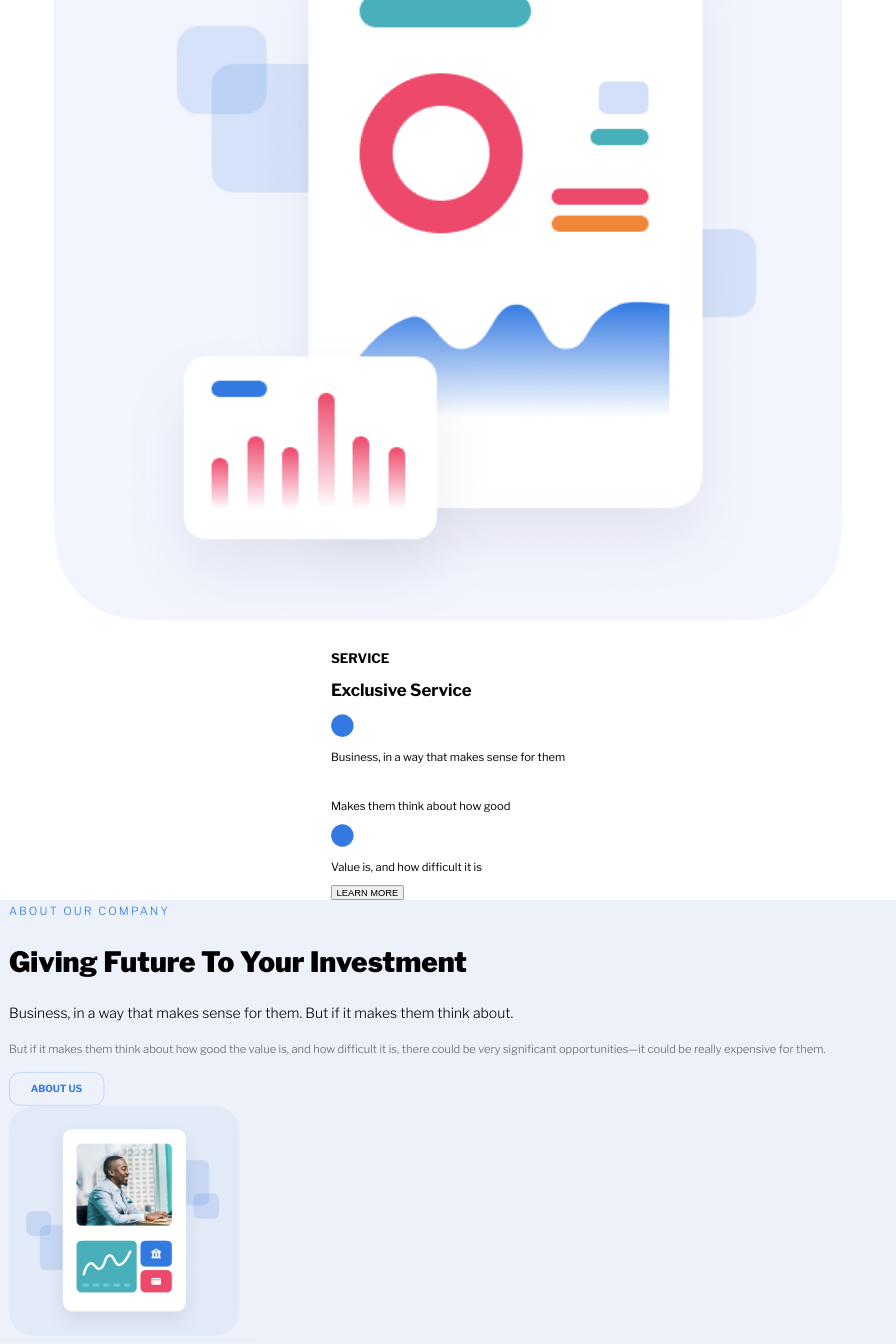
Repository: adryelfelipe/frontend-prova
Page: prova-figma/Prova/index.html
These files come from the project's save history. The page is drawn as it stood at one moment and after a run of saves; the edit follows.
The browser window is 1280 px wide. The pictures show the part of the page from y = 1901 to 3821 px (the page is 3821 px tall before and 3787 px after), at 70% of full size.

Above is the page before, as saved 2026-06-22 19:05:19.

### prova-figma/Prova/index.html
<!DOCTYPE html>
<html lang="en">
<head>
    <meta charset="UTF-8">
    <meta name="viewport" content="width=device-width, initial-scale=1.0">
    <link rel="stylesheet" href="style/variaveis.css">
    <link rel="stylesheet" href="./style/style.css">
    <title>Document</title>
</head>
<body>
    <header>
        <h2>MNY</h2>

        <nav>
            <p>About</p>
            <p>Features</p>
            <p>Services</p>
            <p>Pricing</p>
            <p>Blog</p>
        </nav>

        <button>CONTACT</button>

        <img src="./assets/icon/hamburguer.svg" alt="">
    </header>
    <main>
        <section class="hero">
            <article class="hero-first-article">
                <h3 class="subtitle-base hero-subtitle">MAKE MONEY</h3>
                <h1 class="title-base hero-title">Grow Your Money Like Never Before</h1>
                <p class="paragraph hero-paragraph">Business, in a way that makes sense for them. But if it makes them think about how good the value.</p>
                <button class="hero-button">GET STARTED</button>
            </article>
            <article class="hero-second-article">
                <!-- <img class src="assets/img/homem-terno.png" alt=""> -->
            </article>
        </section>

        <section class="service">
            <div class="service-container">
                <article class="service-card">
                    <div class="bg-icon-fly">
                        <img src="./assets/icon/icon1-fly-section2.svg" class="icon-fly" alt="">
                    </div>

                    <h3 class="subtitle-tertiary">Strong Security</h3>
                    <p class="paragraph">Way that makes sense for them. But if it makes them think about how good the value is, and how difficult it is.</p>
                </article>

                <article class="service-card">
                    <div class="bg-icon-backpack">
                        <img src="./assets/icon/icon2-backpack-section2.png" class="icon-backpack" alt="">
                    </div>

                    <h3 class="subtitle-tertiary">Creative Solutions</h3>
                    <p class="paragraph">But if it makes them think about how good the value is, and how difficult it is, there could be very significant.</p>
                </article>

                <article class="service-card">
                    <div class="bg-icon-rocket">
                        <img src="./assets/icon/icon3-rocket-section2.png" class="icon-rocket" alt="">
                    </div>

                    <h3 class="subtitle-tertiary">Free Online</h3>
                    <p class="paragraph">Good the value is, and how difficult it is, there could be very significant opportunities.</p>
                </article>
            </div>

            <div class="service-container-line">

            </div>

            <img src="./assets/img/infos-section2.png" class="service-img" alt="">

            <article>
                <h3>SERVICE</h3>
                <h2>Exclusive Service</h2>

                <div>
                    <img src="./assets/icon/bg-icon4-section2.png" alt="">
                    <img src="./assets/icon/correct-icon-section2.png" alt="">
                    <p>Business, in a way that makes sense for them</p>
                </div>

                <div>
                    <img src="./assets/icon/correct-icon-section2.png" alt="">
                    <p>Makes them think about how good</p>
                </div>

                <div>
                    <img src="./assets/icon/bg-icon4-section2.png" alt="">
                    <img src="./assets/icon/correct-icon-section2.png" alt="">
                    <p>Value is, and how difficult it is</p>
                </div>

                <button>LEARN MORE</button>
            </article>
        </section>
        <section class="our-company">
            <article class="company-first-article">
                <h3 class="subtitle-base company-subtitle">ABOUT OUR COMPANY</h3>
                <h2 class="subtitle-secondary">Giving Future To Your Investment</h2>
                <p class="company-paragraph">Business, in a way that makes sense for them. But if it makes them think about.</p>
                <p class="paragraph company-paragraph-second">But if it makes them think about how good the value is, and how difficult it is, there could be very significant opportunities—it could be really expensive for them.</p>
                <button class="company-button">ABOUT US</button>
            </article>
            <article class="company-second-article">
                <img src="assets/img/our-company.png" alt="">
            </article>
        </section>
    </main>
</body>
</html>

### prova-figma/Prova/style/variaveis.css
@import url('https://fonts.googleapis.com/css2?family=Libre+Franklin:ital,wght@0,100..900;1,100..900&display=swap');

:root {
    --primary-color: #FFFFFF;
    --header-icon-border-color: rgba(255, 255, 255, 0.3);
    --bg-color: rgba(50, 121, 226, 1);

    --subtitle: rgba(170, 196, 234, 1);

    --normal-line: rgba(213, 214, 225, 1);

    /*Icons Session 2*/
    --bg-icon-fly: rgba(230, 247, 248, 1);
    --bg-icon-backpack: rgba(252, 237, 240, 1);
    --bg-icon-rocket: rgba(253, 243, 230, 1);

    --icon-fly-color: rgba(73, 175, 186, 1);
    --icon-backpack-color: rgba(237, 73, 107, 1);
    --icon-rocket-colot: rgba(241, 134, 59, 1);
}

.title-base{
    font-family: 'Libre Franklin';
    font-weight: 900;
    font-size: 3.5rem;
    line-height: 64px;
    letter-spacing: -1px;
}

.subtitle-base{
    margin: 0;
    font-family: 'Libre Franklin';
    font-weight: 300;
    font-size: 1rem;
    line-height: 32px;
    letter-spacing: 3px;
    text-transform: uppercase;
}

.subtitle-secondary{
    font-family: 'Libre Franklin';
    font-weight: 900;
    font-size: 2.5rem;
    line-height: 48px;
    letter-spacing: 0px;
}

.subtitle-tertiary{
    font-family: Libre Franklin;
    font-weight: 900;
    font-size: 24px;
    line-height: 32px;
    letter-spacing: 0px;
}

.paragraph{
    font-family: 'Libre Franklin';
    font-weight: 300;
    font-size: 1rem;
    line-height: 32px;
    letter-spacing: 0px;
}

### prova-figma/Prova/style/style.css
body{
    font-family:"Libre Franklin";
    margin: 0px;
}

/* HEADER */
header{
    display: flex;
    justify-content: space-around;
    align-items: center;
    background-color: var(--bg-color);
}

header nav{
    display: none;
}

header button{
    display: none;
}

header img {
    border: solid 1px var(--header-icon-border-color);
    border-radius: 16px;
}

header h2 {
    color: var(--primary-color);
}


/* SECTION HERO */
.hero{
    background: linear-gradient(135deg, #3279E2 0%, #CACAEB 100%);
    margin-bottom: 80px;
}

.hero-first-article{
    width: 98%;                     /*OBSERVAÇÃO IMPORTANTE EM QUESTÃO          DO POSICIONAMENTO E FIDELIDADE AO FIGMA*/
    justify-self: center;           /*O POSICIONAMENTO FOI ALTERADO POIS, EMBORA A TIPOGRAFIA TENHA SIDO COPIADA EXTRITAMENTE SEMLHANTE AO FIGMA OS TAMANHOS E POSICIONAMENTOS DA TELA NA RESOLUÇÃO MÍNIMA INDICADA NÃO DARIAM CERTO*/
}

.hero-subtitle{
    color: var(--subtitle);
}

.hero-title{
    color: var(--primary-color);
}

.hero-paragraph{
    color: rgba(255, 255, 255, 0.5);
}

.hero-button{
    background-color: rgba(17, 17, 17, 1);
    color: var(--primary-color);
    padding: 16px 30px;
    font-family: Libre Franklin;
    font-weight: 700;
    font-size: 14px;
    line-height: 100%;
    letter-spacing: 0px;
    text-align: center;
    text-transform: uppercase;
    border: none;
    border-radius: 16px;
}

/* .hero-second-article{
    width: 405px;
    height: 80%;
}

.image{
    object-fit: cover;

} */

/* SECTION SERVICE */
.service {
    display: flex;
    flex-direction: column;
    align-items: center;
}

.service-container {
    display: flex;
    flex-direction: column;
    gap: 64px;
}

.service-container-line {
    height: 1px;
    background-color: var(--normal-line);
    width: 85vw;
    justify-self: center;
    margin-top: 80px;
    margin-bottom: 95px;
}

.service-img {
    justify-self: center;
    width: 88vw;
    height: 88vw;
}

.service-card {
    display: flex;
    flex-direction: column;
}

.service-card p {
    width: 306px;
}

.bg-icon-fly {
    display: flex;
    justify-content: center;
    align-items: center;
    border-radius: 100px;
    width: 102px;
    height: 102px;
    background-color: var(--bg-icon-fly)
}

.icon-fly {
    height: 2rem;
    width: 3rem;
}

.bg-icon-backpack {
    display: flex;
    justify-content: center;
    align-items: center;
    border-radius: 100px;
    width: 102px;
    height: 102px;
    background-color: var(--bg-icon-backpack)
}

.icon-backpack {
    height: 2,5rem;
    width: 3rem;
}

.bg-icon-rocket {
    display: flex;
    justify-content: center;
    align-items: center;
    border-radius: 100px;
    width: 102px;
    height: 102px;
    background-color: var(--bg-icon-rocket)
}

.icon-rocket {
    height: 3rem;
    width: 3rem;
}

/* SECTION OUR COMPANY */

.our-company{
    background-color: rgba(236, 241, 250, 1);
}

.company-subtitle{
    color: rgba(50, 121, 226, 1);
}

.company-paragraph{
    font-family: Libre Franklin;
    font-weight: 300;
    font-size: 20px;
    line-height: 32px;
    letter-spacing: 0px;
}

.company-button{
    background-color: transparent;
    color: rgba(50, 121, 226, 1);
    padding: 16px 30px;
    font-family: Libre Franklin;
    font-weight: 700;
    font-size: 14px;
    line-height: 100%;
    letter-spacing: 0px;
    text-align: center;
    text-transform: uppercase;
    border: 1px solid rgba(50, 121, 226, 0.3);
    border-radius: 16px;
}

.company-paragraph-second{
    color: rgba(51, 51, 51, 0.75);
}

.company-first-article{
    width: 98%;
    justify-self: center;
}

.company-second-article{
    width: 98%;
    justify-self: center;
}

After the next 2 saves:
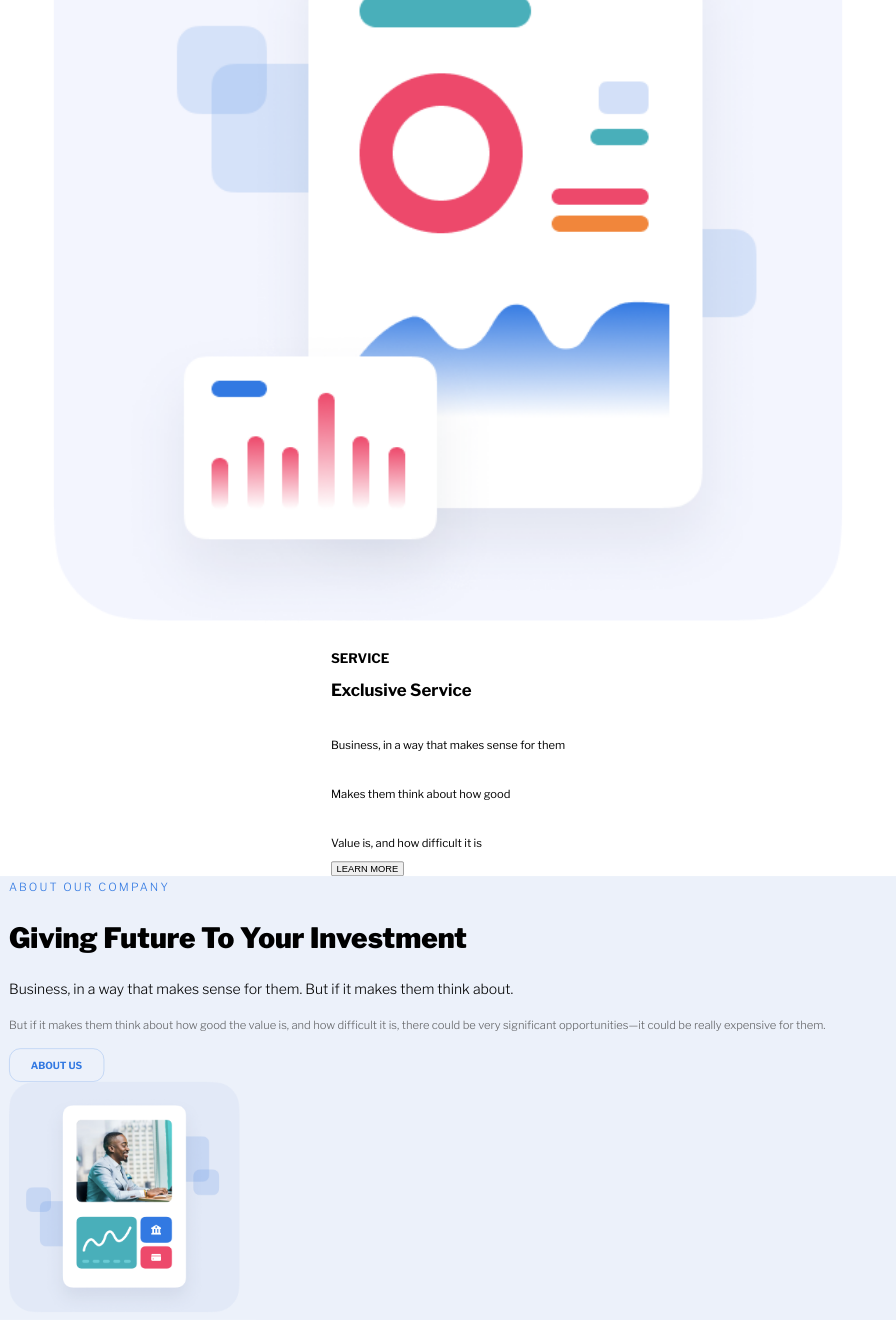
The 2 saves are shown as one change because they came seconds apart.
The last was saved 3 s later.
--- a/prova-figma/Prova/index.html
+++ b/prova-figma/Prova/index.html
@@ -77,7 +77,6 @@
                 <h2>Exclusive Service</h2>
 
                 <div>
-                    <img src="./assets/icon/bg-icon4-section2.png" alt="">
                     <img src="./assets/icon/correct-icon-section2.png" alt="">
                     <p>Business, in a way that makes sense for them</p>
                 </div>
@@ -88,7 +87,6 @@
                 </div>
 
                 <div>
-                    <img src="./assets/icon/bg-icon4-section2.png" alt="">
                     <img src="./assets/icon/correct-icon-section2.png" alt="">
                     <p>Value is, and how difficult it is</p>
                 </div>
